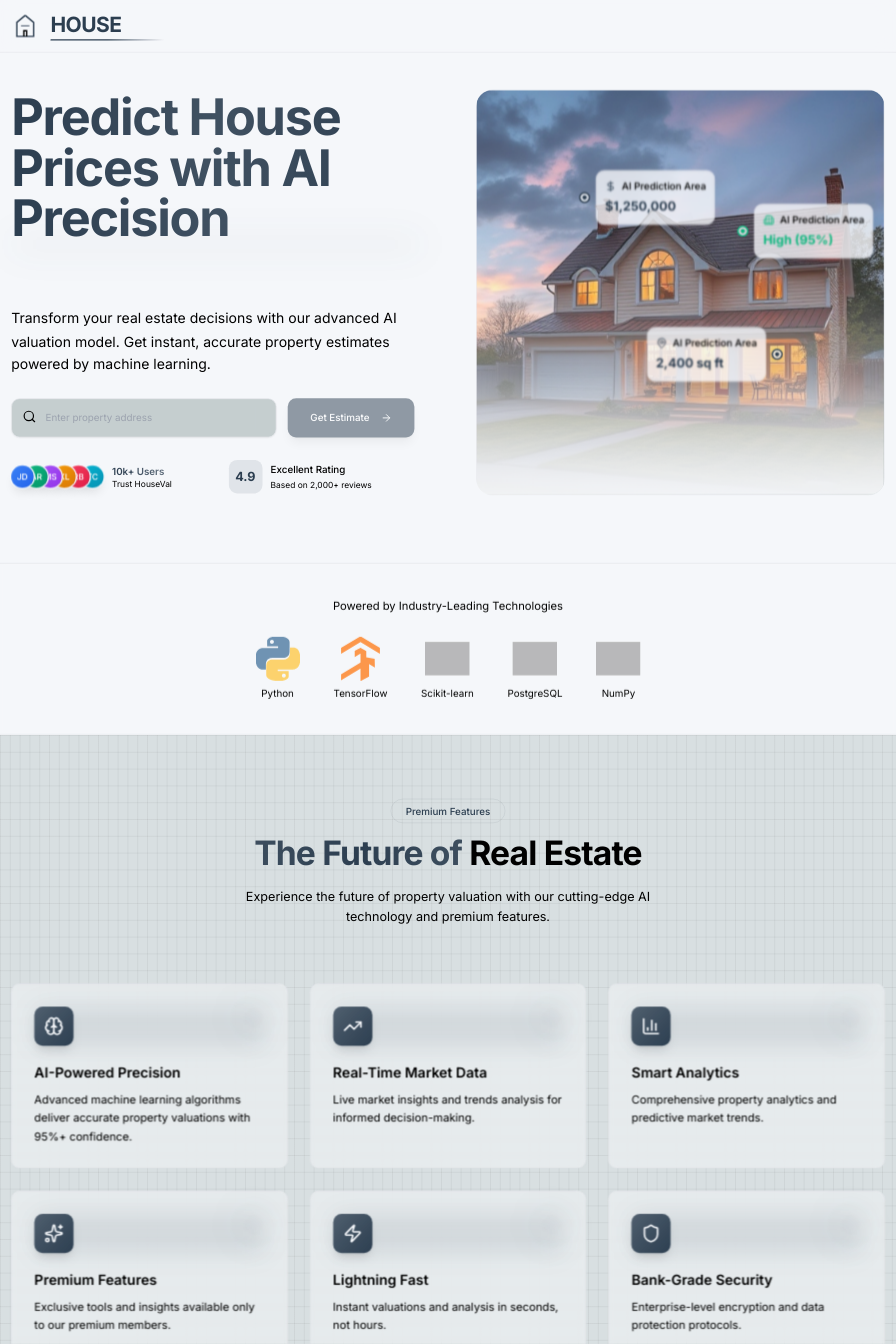
Repository: Rayyy-dev/HouseVal
Page: /
An editor plug-in stored every save of this project. The page is shown before and after the next save, followed by the edit.
The browser window is 1280 px wide. The pictures show the part of the page from y = 0 to 1920 px (the page is 4494 px tall), at 70% of full size.
Pictures or frames that could not be fetched are drawn as grey boxes. The project was rebuilt for these pictures with package versions that can differ from the ones it lists, and the page was loaded fresh each time. The framework's server and built-in components were replaced by stand-ins that run in the browser. Also part of the build but not shown: next.config.ts. Imported but missing from the stored project, and not drawn on this page: src/components/ui/command.

Above is the page before, as saved 2025-01-18 13:58:01.

After the next save:
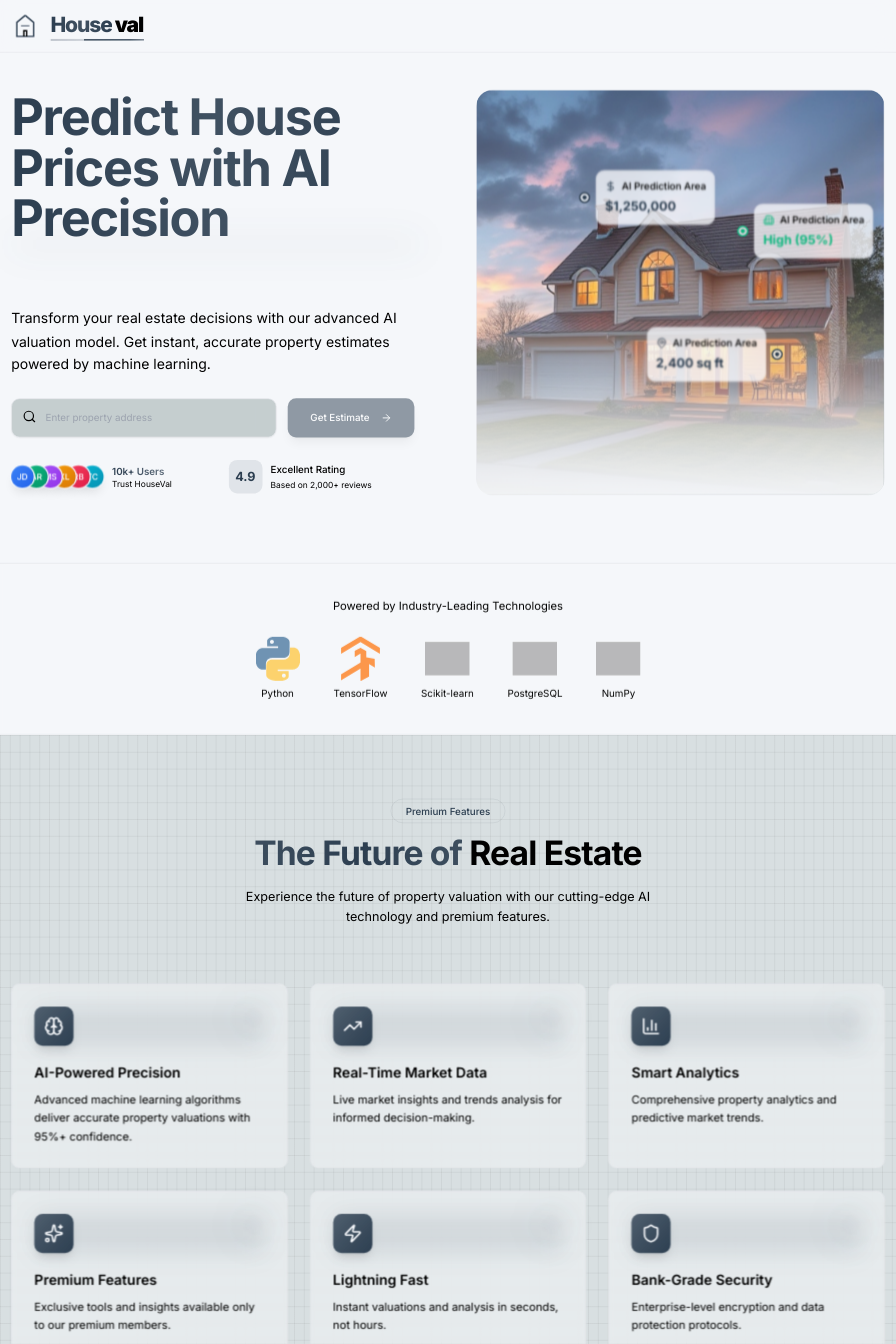
Saved 84 s later.
--- a/src/components/landing-page/sections/header.tsx
+++ b/src/components/landing-page/sections/header.tsx
@@ -59,7 +59,7 @@
               </div>
             </div>
 
-            {/* Brand Name with Glow */}
+            {/* Brand Name with Modern Style */}
             <div className="relative">
               <motion.div
                 className="flex items-baseline"
@@ -67,18 +67,35 @@
                 animate={{ opacity: 1 }}
                 transition={{ duration: 0.7 }}
               >
-                <span className="text-3xl font-bold tracking-tight bg-gradient-to-r from-primary to-primary bg-clip-text text-transparent drop-shadow-[0_0_10px_rgba(var(--primary),0.5)] mr-1">
-                  HOUSE
+                <span className="text-3xl font-extrabold tracking-tighter bg-gradient-to-r from-primary via-primary/90 to-primary bg-clip-text text-transparent drop-shadow-[0_0_10px_rgba(var(--primary),0.5)] mr-1">
+                  House
                 </span>
-                <span className="text-3xl font-bold tracking-tight bg-gradient-to-r from-destructive to-destructive bg-clip-text text-transparent drop-shadow-[0_0_10px_rgba(var(--destructive),0.5)]">
-                  VAL
+                <span className="text-3xl font-black tracking-tighter text-destructive drop-shadow-[0_0_10px_rgba(var(--destructive),0.5)]">
+                  val
                 </span>
               </motion.div>
 
-              {/* Glowing line */}
-              <div className="relative h-0.5 mt-1">
-                <div className="absolute inset-0 bg-gradient-to-r from-primary via-primary to-destructive rounded-full shadow-[0_0_10px_rgba(var(--primary),0.3)]" />
-              </div>
+              {/* Animated glowing line */}
+              <motion.div
+                className="relative h-0.5 mt-1 overflow-hidden"
+                initial={{ width: 0 }}
+                animate={{ width: "100%" }}
+                transition={{ duration: 0.7, delay: 0.5 }}
+              >
+                <motion.div
+                  className="absolute inset-0 bg-gradient-to-r from-primary via-primary to-destructive"
+                  animate={{
+                    x: ["0%", "100%", "0%"],
+                    opacity: [1, 0.5, 1]
+                  }}
+                  transition={{
+                    duration: 3,
+                    repeat: Infinity,
+                    ease: "linear"
+                  }}
+                />
+                <div className="absolute inset-0 bg-gradient-to-r from-primary/50 via-primary/30 to-destructive/50 shadow-[0_0_15px_rgba(var(--primary),0.3)]" />
+              </motion.div>
             </div>
           </motion.div>
         </div>
